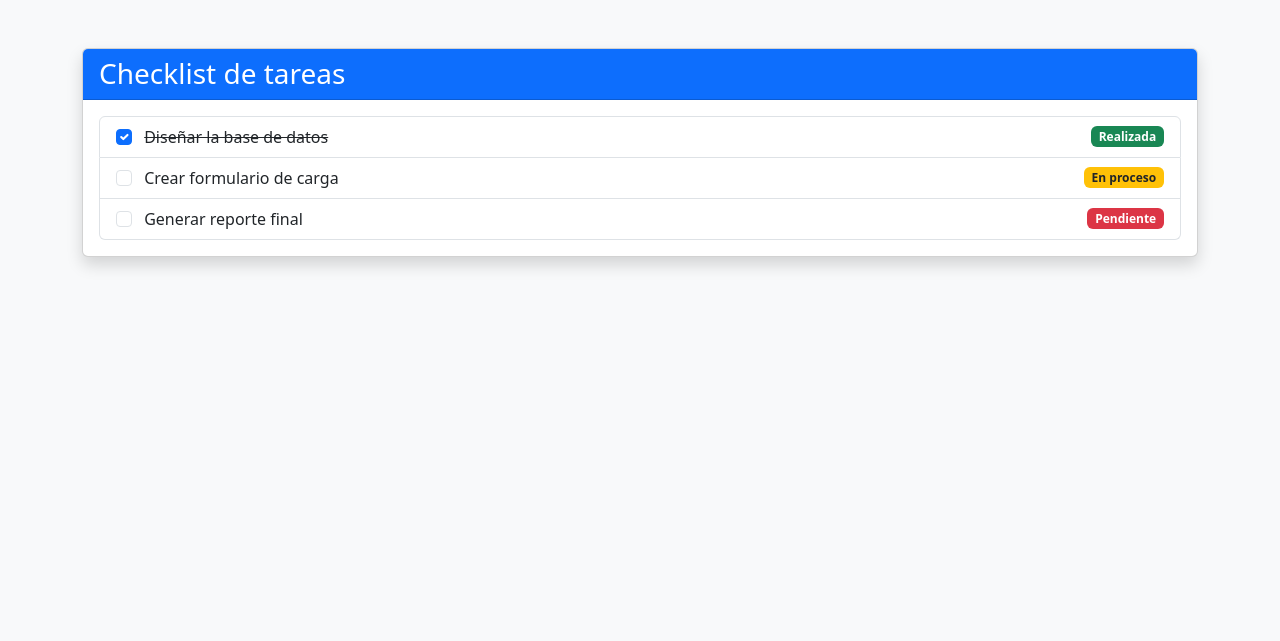
Repository: damyzacarias-web/Checklist
Page: tpfinal.html
The author's editor kept a copy of each file at every save. The page is drawn from the files as they stood at one save, then again after the next save.
The browser window is 1280 px wide. The pictures show the whole page.

Above is the page before, as saved 2026-07-01 08:14:36.

After the next save:
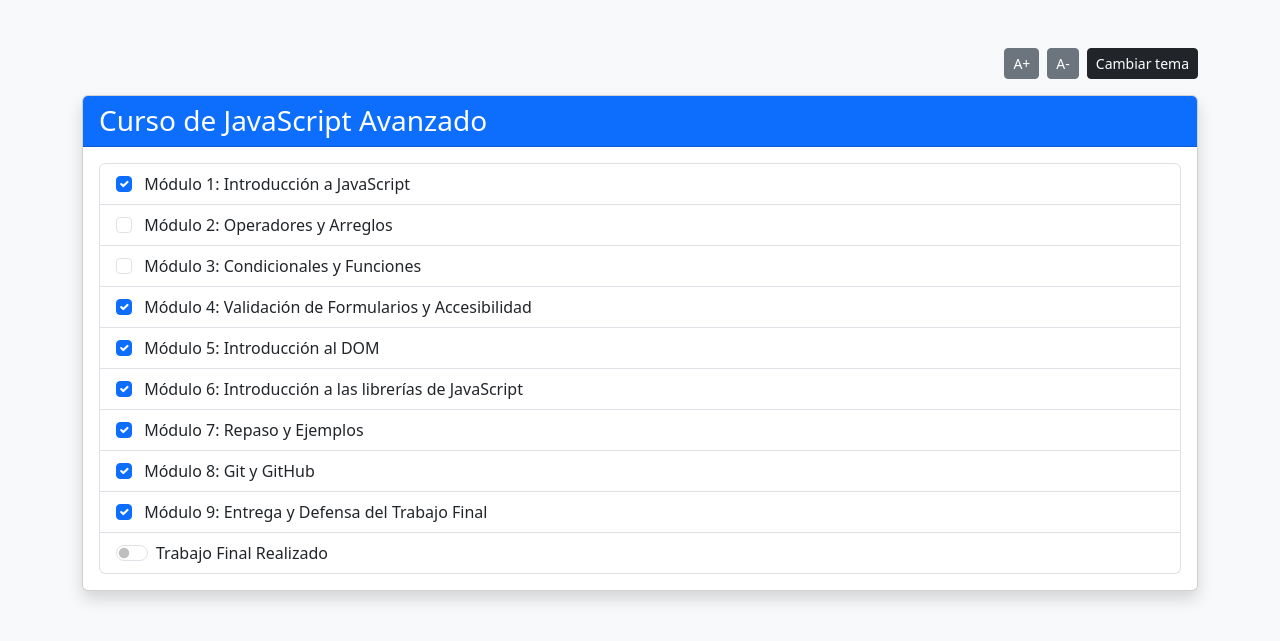
Not found: script.js
Saved 47 h 59 min later.
--- a/tpfinal.html
+++ b/tpfinal.html
@@ -1,45 +1,96 @@
-<!DOCTYPE html><html lang="es">
+<!DOCTYPE html>
+<html lang="es">
 <head>
     <meta charset="UTF-8">
     <meta name="viewport" content="width=device-width, initial-scale=1.0">
-    <title>Checklist de tareas</title><!-- Bootstrap CSS -->
-<link href="https://cdn.jsdelivr.net/npm/bootstrap@5.3.3/dist/css/bootstrap.min.css" rel="stylesheet">
+    <title>Curso de JavaScript Avanzado</title>
+    <link href="https://cdn.jsdelivr.net/npm/bootstrap@5.3.3/dist/css/bootstrap.min.css" rel="stylesheet">
+</head>
+<body class="bg-light">
 
-</head>
-<body class="bg-light"><div class="container mt-5">
-    <div class="card shadow">
-        <div class="card-header bg-primary text-white">
-            <h3 class="mb-0">Checklist de tareas</h3>
+<div class="container mt-5">
+    <div class="d-flex justify-content-end gap-2 mb-3">
+        <button id="aumentar" class="btn btn-secondary btn-sm">A+</button>
+        <button id="disminuir" class="btn btn-secondary btn-sm">A-</button>
+        <button id="tema" class="btn btn-dark btn-sm">Cambiar tema</button>
+    </div>
+
+    <div class="card shadow" id="mainCard">
+        <div class="card-header bg-primary text-white" id="cardHeader">
+            <h3 class="mb-0">Curso de JavaScript Avanzado</h3>
         </div>
 
         <div class="card-body">
             <ul class="list-group">
 
-                <!-- Tarea realizada -->
                 <li class="list-group-item d-flex justify-content-between align-items-center">
                     <div>
-                        <input class="form-check-input me-2" type="checkbox" checked>
-                        <span class="text-decoration-line-through">Diseñar la base de datos</span>
+                        <input class="form-check-input me-2 item-check" type="checkbox" id="mod1" checked>
+                        <label for="mod1">Módulo 1: Introducción a JavaScript</label>
                     </div>
-                    <span class="badge bg-success">Realizada</span>
                 </li>
 
-                <!-- Tarea en proceso -->
                 <li class="list-group-item d-flex justify-content-between align-items-center">
                     <div>
-                        <input class="form-check-input me-2" type="checkbox">
-                        <span>Crear formulario de carga</span>
+                        <input class="form-check-input me-2 item-check" type="checkbox" id="mod2">
+                        <label for="mod2">Módulo 2: Operadores y Arreglos</label>
                     </div>
-                    <span class="badge bg-warning text-dark">En proceso</span>
                 </li>
 
-                <!-- Tarea pendiente -->
                 <li class="list-group-item d-flex justify-content-between align-items-center">
                     <div>
-                        <input class="form-check-input me-2" type="checkbox">
-                        <span>Generar reporte final</span>
+                        <input class="form-check-input me-2 item-check" type="checkbox" id="mod3">
+                        <label for="mod3">Módulo 3: Condicionales y Funciones</label>
                     </div>
-                    <span class="badge bg-danger">Pendiente</span>
+                </li>
+
+                <li class="list-group-item d-flex justify-content-between align-items-center">
+                    <div>
+                        <input class="form-check-input me-2 item-check" type="checkbox" id="mod4" checked>
+                        <label for="mod4">Módulo 4: Validación de Formularios y Accesibilidad</label>
+                    </div>
+                </li>
+
+                <li class="list-group-item d-flex justify-content-between align-items-center">
+                    <div>
+                        <input class="form-check-input me-2 item-check" type="checkbox" id="mod5" checked>
+                        <label for="mod5">Módulo 5: Introducción al DOM</label>
+                    </div>
+                </li>
+
+                <li class="list-group-item d-flex justify-content-between align-items-center">
+                    <div>
+                        <input class="form-check-input me-2 item-check" type="checkbox" id="mod6" checked>
+                        <label for="mod6">Módulo 6: Introducción a las librerías de JavaScript</label>
+                    </div>
+                </li>
+
+                <li class="list-group-item d-flex justify-content-between align-items-center">
+                    <div>
+                        <input class="form-check-input me-2 item-check" type="checkbox" id="mod7" checked>
+                        <label for="mod7">Módulo 7: Repaso y Ejemplos</label>
+                    </div>
+                </li>
+
+                <li class="list-group-item d-flex justify-content-between align-items-center">
+                    <div>
+                        <input class="form-check-input me-2 item-check" type="checkbox" id="mod8" checked>
+                        <label for="mod8">Módulo 8: Git y GitHub</label>
+                    </div>
+                </li>
+
+                <li class="list-group-item d-flex justify-content-between align-items-center">
+                    <div>
+                        <input class="form-check-input me-2 item-check" type="checkbox" id="mod9" checked>
+                        <label for="mod9">Módulo 9: Entrega y Defensa del Trabajo Final</label>
+                    </div>
+                </li>
+
+                <li class="list-group-item d-flex justify-content-between align-items-center">
+                    <div class="form-check form-switch m-0">
+                        <input class="form-check-input item-check" type="checkbox" id="checkNativeSwitch">
+                        <label class="form-check-label" for="checkNativeSwitch">Trabajo Final Realizado</label>
+                    </div>
                 </li>
 
             </ul>
@@ -47,8 +98,9 @@
     </div>
 </div>
 
-<!-- Bootstrap JS -->
 <script src="https://cdn.jsdelivr.net/npm/bootstrap@5.3.3/dist/js/bootstrap.bundle.min.js"></script>
+
+<script src="script.js"></script>
 
 </body>
 </html>
